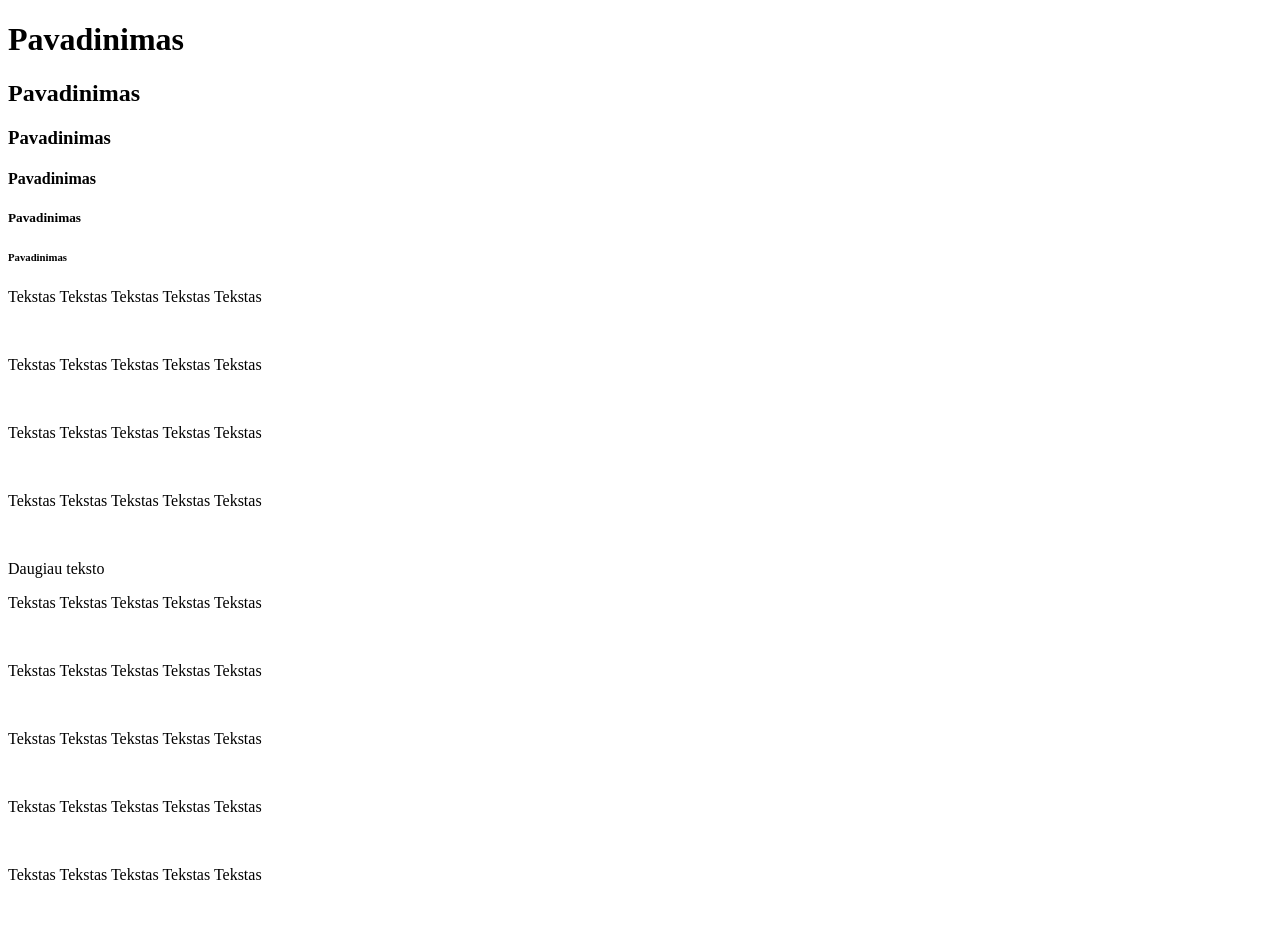
Repository: motiejus1/01-paskait
Page: pirmas.html
An editor plug-in stored every save of this project. The page is shown before and after a run of saves, followed by the edit.
The browser window is 1280 px wide. The pictures show the whole page.

Above is the page before, as saved 2021-05-31 20:27:50.

### pirmas.html
<!DOCTYPE html>

<html lang="en">
    <head>
        <meta charset="UTF-8">
        <meta http-equiv="X-UA-Compatible" content="IE=edge">
        <meta name="viewport" content="width=device-width, initial-scale=1.0">
        <title>Pirma paskaita</title>
    </head>

    <body>

        <h1>Pavadinimas</h1>
        <h2>Pavadinimas</h2>
        <h3>Pavadinimas</h3>
        <h4>Pavadinimas</h4>
        <h5>Pavadinimas</h5>
        <h6>Pavadinimas</h6>

        <p>Tekstas Tekstas Tekstas Tekstas Tekstas</p><br>
        <p>Tekstas Tekstas Tekstas Tekstas Tekstas</p><br>
        <p>Tekstas Tekstas Tekstas Tekstas Tekstas</p><br>
        <p>Tekstas Tekstas Tekstas Tekstas Tekstas</p><br>

        <p>Daugiau teksto</p>


        <p>Tekstas Tekstas Tekstas Tekstas Tekstas</p><br>
        <p>Tekstas Tekstas Tekstas Tekstas Tekstas</p><br>
        <p>Tekstas Tekstas Tekstas Tekstas Tekstas</p><br>
        <p>Tekstas Tekstas Tekstas Tekstas Tekstas</p><br>

        <p>Tekstas Tekstas Tekstas Tekstas Tekstas</p><br>
    </body>

</html>

After the next 4 saves:
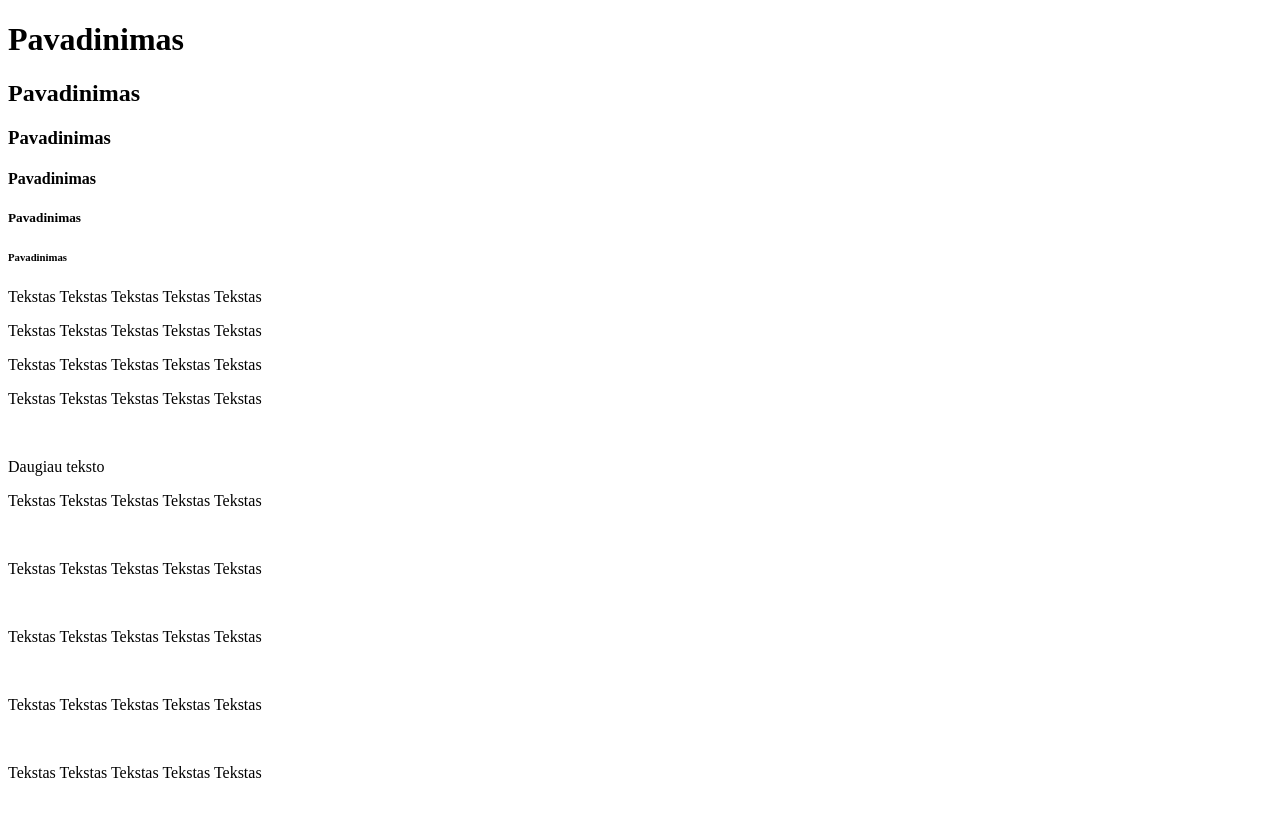
The 4 saves are shown as one change because they came seconds apart.
The last was saved 46 s later.
--- a/pirmas.html
+++ b/pirmas.html
@@ -17,9 +17,9 @@
         <h5>Pavadinimas</h5>
         <h6>Pavadinimas</h6>
 
-        <p>Tekstas Tekstas Tekstas Tekstas Tekstas</p><br>
-        <p>Tekstas Tekstas Tekstas Tekstas Tekstas</p><br>
-        <p>Tekstas Tekstas Tekstas Tekstas Tekstas</p><br>
+        <p>Tekstas Tekstas Tekstas Tekstas Tekstas</p>
+        <p>Tekstas Tekstas Tekstas Tekstas Tekstas</p>
+        <p>Tekstas Tekstas Tekstas Tekstas Tekstas</p>
         <p>Tekstas Tekstas Tekstas Tekstas Tekstas</p><br>
 
         <p>Daugiau teksto</p>
